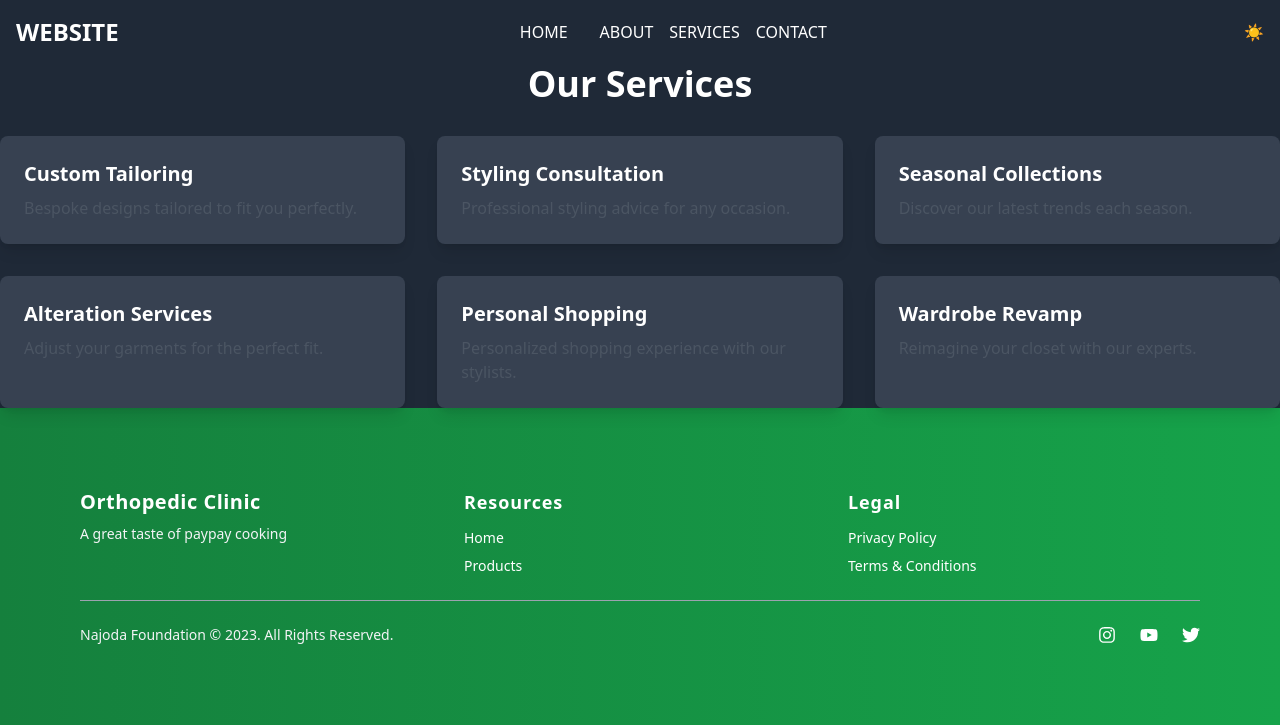
Repository: countaustin1990/file-C-Users-user-Documents-Final-20Cart
Page: /services (app in Documents/BXXXN/my-app/)
The author's editor kept a copy of each file at every save. The page is drawn from the files as they stood at one save, then again after the next save.
The browser window is 1280 px wide. The pictures show the whole page.
The project was rebuilt for these pictures with package versions that can differ from the ones it lists, and the page was loaded fresh each time. Also part of the build but not shown: Documents/BXXXN/my-app/vite.config.js, Documents/BXXXN/my-app/src/components/folder/HeroSection.test.jsx, Documents/BXXXN/my-app/src/components/horizontalscroll/style.css, Documents/BXXXN/my-app/src/components/horizontalscroll/HorizontalScroll.jsx, Documents/BXXXN/my-app/src/pages/home/Home.test.jsx, Documents/BXXXN/my-app/src/pages/contact/Contact.jsx, Documents/BXXXN/my-app/src/pages/about/About.jsx.

Above is the page before, as saved 2024-10-31 21:52:11.

### Documents/BXXXN/my-app/src/App.jsx
import { BrowserRouter as Router, Routes, Route } from 'react-router-dom';
import Navbar from './components/navbar/Navbar.pro';
import Home from './pages/home/Home.test';
import Footer from './components/footer/Footer';
import { useEffect, useState } from 'react';
import Contact from './pages/contact/Contact';
import About from './pages/about/About';
import Services from './pages/services/Services';

const App = () => {
  const [theme, setTheme] = useState('dark');

  // Toggle theme function
  const toggleTheme = () => {
    const newTheme = theme === 'light' ? 'dark' : 'light';
    setTheme(newTheme);
    localStorage.setItem('theme', newTheme);
  };

  useEffect(() => {
    const savedTheme = localStorage.getItem('theme');
    if (savedTheme) {
      setTheme(savedTheme);
    } else {
      setTheme('dark'); // Default to dark mode
    }
  }, []);

  return (
    <Router>
      <Navbar toggleTheme={toggleTheme} theme={theme} />
      <Routes>
        <Route path="/home" element={<Home theme={theme} />} /> {/* Pass theme prop to Home */}
        {/* Add more routes as needed */}
        <Route path="/about" element={<About theme={theme} />} />
        <Route path="/services" element={<Services theme={theme} />} />
        <Route path="/contact" element={<Contact theme={theme} />} />
      </Routes>
      <Footer />
    </Router>
  );
};

export default App;

### Documents/BXXXN/my-app/src/index.css
@tailwind base;
@tailwind components;
@tailwind utilities;

/* Global Styles */
.app {
  transition: background-color 0.3s ease-in-out;
}

/* Light and Dark Mode Styles */
.light-mode {
  background-color: #f0f0f0;
  color: #000;
}

.dark-mode {
  background-color: #1e1e1e;
  color: #fff;
}

/* Hero Section */
.hero {
  display: flex;
  justify-content: center;
  align-items: center;
  height: 70svh;
  text-align: center;
}

.hero-content h1 {
  font-size: 2.5rem;
  margin-bottom: 1rem;
}

.hero-content p {
  font-size: 1.2rem;
  margin-bottom: 1.5rem;
}

.cta-button {
  padding: 0.75rem 1.5rem;
  font-size: 1rem;
  background-color: rgb(22 163 74);

  color: white;
  border: none;
  cursor: pointer;
  border-radius: 5px;
}

.cta-button:hover {
  background-color: #22923c;
}

/* Toggle Switch Styles */
.switch {
  position: relative;
  display: inline-block;
  width: 60px;
  height: 34px;
  margin-top: 20px;
}

.switch input {
  opacity: 0;
  width: 0;
  height: 0;
}

.slider {
  position: absolute;
  cursor: pointer;
  top: 0;
  left: 0;
  right: 0;
  bottom: 0;
  background-color: #ccc;
  transition: 0.4s;
  border-radius: 34px;
}

.slider:before {
  position: absolute;
  content: "";
  height: 26px;
  width: 26px;
  border-radius: 50%;
  left: 4px;
  bottom: 4px;
  background-color: white;
  transition: 0.4s;
}

input:checked + .slider {
  background-color: #5494de;
}

input:checked + .slider:before {
  transform: translateX(26px);
}

/* Decoration (Additional Styling) */
.decoration {
  position: absolute;
  right: 10px;
  top: 5px;
  width: 8px;
  height: 8px;
  background-color: yellow;
  border-radius: 50%;
  box-shadow: 0 0 5px 2px yellow;
}

### Documents/BXXXN/my-app/src/components/navbar/Navbar.pro.jsx
import PropTypes from 'prop-types';
import { useState } from 'react';
import { Link } from 'react-router-dom';

const Navbar = ({ theme, toggleTheme }) => {
  const [isMenuOpen, setIsMenuOpen] = useState(false);

  const handleMenuToggle = () => {
    setIsMenuOpen(!isMenuOpen);
  };

  return (
    <nav className={`navbar ${theme === 'light' ? 'bg-white text-black' : 'bg-gray-800 text-white'} transition-colors duration-300`}>
      <div className="container mx-auto flex justify-between items-center p-4">
        {/* Website Name */}
        <h1 className="text-2xl font-bold uppercase">Website</h1>

        {/* Links for Desktop */}
        <ul className="hidden md:flex space-x-4 uppercase">
          <li><Link to="home" className="hover:underline">Home</Link></li>
          <li><Link to="about" className="hover:underline">About</Link></li>
          <li><Link to="services" className="hover:underline">Services</Link></li>
          <li><Link to="contact" className="hover:underline">Contact</Link></li>
        </ul>

        {/* Theme Toggle Button */}
        <button onClick={toggleTheme} className="ml-4 toggle-theme" aria-label={`Switch to ${theme === 'light' ? 'dark' : 'light'} mode`}>
          {theme === 'light' ? '🌙' : '☀️'}
        </button>

        {/* Mobile Menu Button */}
        <button
          onClick={handleMenuToggle}
          className="block md:hidden focus:outline-none ml-4"
          aria-label="Toggle menu"
        >
          {isMenuOpen ? '✖' : '☰'} {/* Menu icon changes when clicked */}
        </button>
      </div>

      {/* Links for Mobile */}
      {isMenuOpen && (
        <ul className={`md:hidden p-4 space-y-2 ${theme === 'light' ? 'bg-white text-black' : 'bg-gray-800 text-white'}`}>
          <li><Link to="home" className="block">Home</Link></li>
          <li><Link to="about" className="block">About</Link></li>
          <li><Link to="services" className="block">Services</Link></li>
          <li><Link to="contact" className="block">Contact</Link></li>
        </ul>
      )}
    </nav>
  );
};

Navbar.propTypes = {
  theme: PropTypes.string.isRequired,
  toggleTheme: PropTypes.func.isRequired,
};

export default Navbar;

### Documents/BXXXN/my-app/src/components/footer/Footer.jsx
import { Link } from "react-router-dom";
import { FaYoutube, FaTwitter, FaInstagram } from "react-icons/fa";



const Footer = () => {
  const scrollToTop = () => {
    window.scrollTo({
      top: 0,
      behavior: 'smooth', // Smooth scroll
    });
  };
  return (
    <footer className="bg-gradient-to-r from-green-700 to-green-600 text-white p-16">
      <div className="w-full max-w-full p-4">
        <div className="grid grid-cols-1 md:grid-cols-3 gap-8">
          <div>
            <Link to="/" className="flex items-center space-x-5"  onClick={scrollToTop}>
              {/* Add Logo if necessary */}
              <span className="text-xl font-bold capitalize tracking-wide">
                Orthopedic Clinic
              </span>
            </Link>
            <p className="mt-2 text-sm text-gray-100">
              A great taste of paypay cooking
            </p>
          </div>

          <div>
            <h2 className="mb-3 text-lg font-semibold tracking-wider">
              Resources
            </h2>
            <ul className="space-y-2 text-sm">
              <li>
                <Link to="/" className="hover:text-gray-100 transition duration-300"  onClick={scrollToTop}>Home</Link>
              </li>
              <li>
                <Link to="/products" className="hover:text-gray-100 transition duration-300"  onClick={scrollToTop}>Products</Link>
              </li>
              {/*<li>
                <Link to="/services" className="hover:text-gray-100 transition duration-300">Services</Link>
              </li>
              <li>
                <Link to="/contact" className="hover:text-gray-100 transition duration-300">Contact</Link>
              </li>
              <li>
                <Link to="/blog" className="hover:text-gray-100 transition duration-300">Blog</Link>
              </li>*/}
            </ul>
          </div>

          <div>
            <h2 className="mb-3 text-lg font-semibold tracking-wider">
              Legal
            </h2>
            <ul className="space-y-2 text-sm">
              <li>
                <Link to="/privacy-policy" className="hover:text-gray-100 transition duration-300">Privacy Policy</Link>
              </li>
              <li>
                <Link to="/terms-conditions" className="hover:text-gray-100 transition duration-300">Terms & Conditions</Link>
              </li>
            </ul>
          </div>
        </div>

        <hr className="my-6 border-gray-400" />

        <div className="flex justify-between items-center">
          <span className="text-sm text-gray-100">
            Najoda Foundation © 2023. All Rights Reserved.
          </span>
          <div className="flex space-x-6">
            <a
              href="https://instagram.com"
              className="hover:text-white transition duration-300"
              target="_blank"
              rel="noopener noreferrer"
            >
              <FaInstagram size={18} />
              <span className="sr-only">Instagram</span>
            </a>
            <a
              href="https://youtube.com"
              className="hover:text-white transition duration-300"
              target="_blank"
              rel="noopener noreferrer"
            >
              <FaYoutube size={18} />
              <span className="sr-only">YouTube</span>
            </a>
            <a
              href="https://twitter.com"
              className="hover:text-white transition duration-300"
              target="_blank"
              rel="noopener noreferrer"
            >
              <FaTwitter size={18} />
              <span className="sr-only">Twitter</span>
            </a>
          </div>
        </div>
      </div>
    </footer>
  );
};

export default Footer;

### Documents/BXXXN/my-app/src/pages/services/Services.jsx
import PropTypes from 'prop-types';

const Services = ({ theme }) => {
  const services = [
    { title: "Custom Tailoring", description: "Bespoke designs tailored to fit you perfectly." },
    { title: "Styling Consultation", description: "Professional styling advice for any occasion." },
    { title: "Seasonal Collections", description: "Discover our latest trends each season." },
    { title: "Alteration Services", description: "Adjust your garments for the perfect fit." },
    { title: "Personal Shopping", description: "Personalized shopping experience with our stylists." },
    { title: "Wardrobe Revamp", description: "Reimagine your closet with our experts." },
  ];

  return (
    <div className={`container mx-auto ${theme === 'light' ? 'bg-white text-gray-800' : 'bg-gray-800 text-white'}`}>
      <h1 className="text-4xl font-bold text-center mb-8">Our Services</h1>
      <div className="grid grid-cols-1 md:grid-cols-2 lg:grid-cols-3 gap-8">
        {services.map((service, index) => (
          <div
            key={index}
            className={`p-6 shadow-lg rounded-lg transition-transform transform hover:scale-105 ${theme === 'light' ? 'bg-white' : 'bg-gray-700'}`}
          >
            <h2 className="text-xl font-semibold mb-2">{service.title}</h2>
            <p className="text-gray-600">{service.description}</p>
          </div>
        ))}
      </div>
    </div>
  );
};

// PropTypes validation
Services.propTypes = {
  theme: PropTypes.string.isRequired,
};

export default Services;

### Documents/BXXXN/my-app/src/components/folder/style.css
/* style.css */
.app.dark-mode {
  background-color: #1a1a2e;
  color: #fff;
}

.app.light-mode {
  background-color: #f4f4f9;
  color: #333;
}

.hero-content h1 {
  font-size: 3rem;
}

.cta-button {
  padding: 0.5rem 2rem;
  background-color: #15983e;
  color: white;
  border: none;
  border-radius: 0.25rem;
  cursor: pointer;
}

.cta-button:hover {
  background-color: #157b3c;
}

/* Dark/Light Mode Toggle Styles */
.switch {
  position: relative;
  display: inline-block;
  width: 60px;
  height: 34px;
}

.switch input {
  opacity: 0;
  width: 0;
  height: 0;
}

.slider {
  position: absolute;
  top: 0;
  left: 0;
  right: 0;
  bottom: 0;
  background-color: #ccc;
  border-radius: 34px;
}

.slider:before {
  position: absolute;
  content: "";
  height: 26px;
  width: 26px;
  left: 4px;
  bottom: 4px;
  background-color: white;
  border-radius: 50%;
  transition: 0.4s;
}

input:checked + .slider {
  background-color: #2196F3;
}

input:checked + .slider:before {
  transform: translateX(26px);
}

/* Additional Styles */
.flex {
  display: flex;
}

.space-x-4 > *:not(:last-child) {
  margin-right: 1rem;
}

Loaded but not shown: Documents/BXXXN/my-app/index.html (common file); Documents/BXXXN/my-app/src/main.jsx (common file); Documents/BXXXN/my-app/tailwind.config.js (common file)

After the next save:
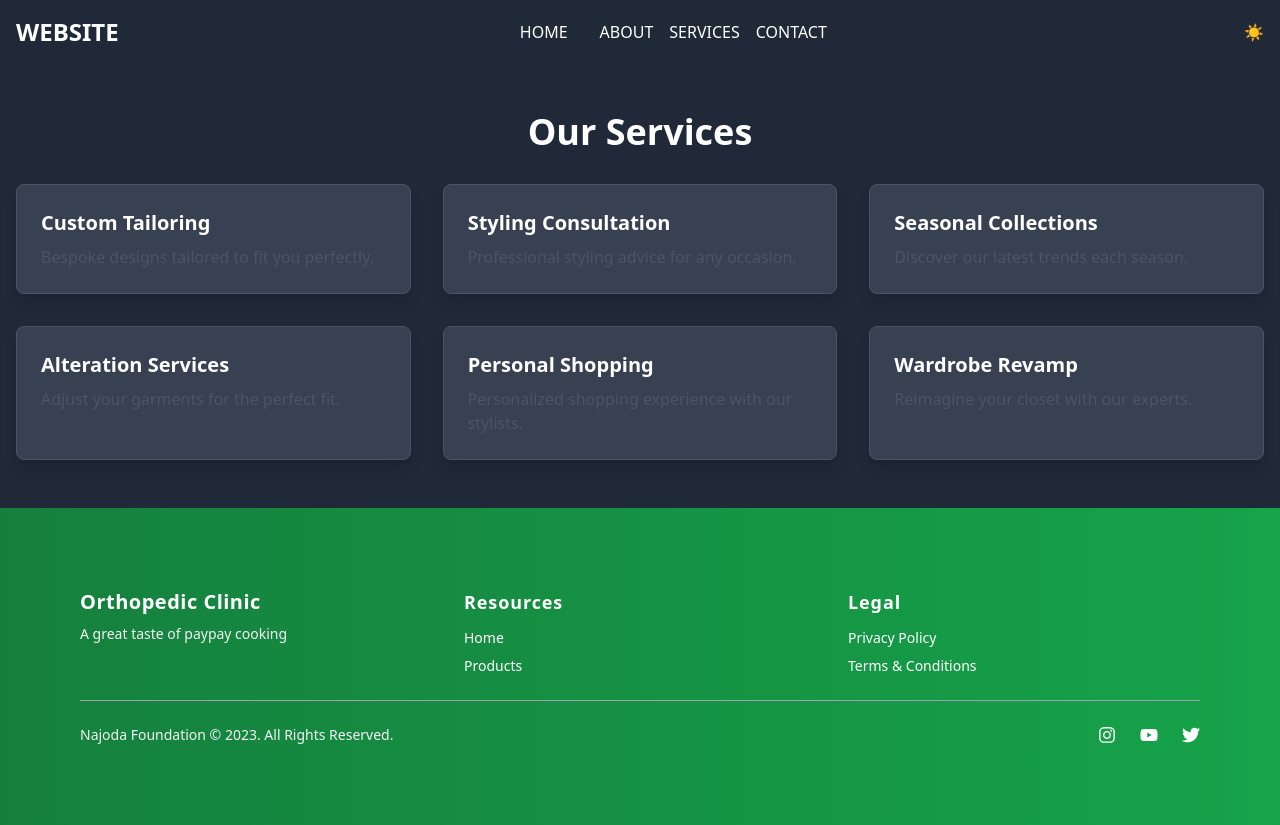
Saved 70 s later.
--- a/Documents/BXXXN/my-app/src/pages/services/Services.jsx
+++ b/Documents/BXXXN/my-app/src/pages/services/Services.jsx
@@ -1,3 +1,4 @@
+import React from 'react';
 import PropTypes from 'prop-types';
 
 const Services = ({ theme }) => {
@@ -11,13 +12,13 @@ const Services = ({ theme }) => {
   ];
 
   return (
-    <div className={`container mx-auto ${theme === 'light' ? 'bg-white text-gray-800' : 'bg-gray-800 text-white'}`}>
+    <div className={`container mx-auto py-12 px-4 ${theme === 'light' ? 'bg-white text-gray-800' : 'bg-gray-800 text-white'}`}>
       <h1 className="text-4xl font-bold text-center mb-8">Our Services</h1>
       <div className="grid grid-cols-1 md:grid-cols-2 lg:grid-cols-3 gap-8">
         {services.map((service, index) => (
           <div
             key={index}
-            className={`p-6 shadow-lg rounded-lg transition-transform transform hover:scale-105 ${theme === 'light' ? 'bg-white' : 'bg-gray-700'}`}
+            className={`p-6 shadow-lg rounded-lg transition-transform transform hover:scale-105 ${theme === 'light' ? 'bg-white border border-gray-300' : 'bg-gray-700 border border-gray-600'}`}
           >
             <h2 className="text-xl font-semibold mb-2">{service.title}</h2>
             <p className="text-gray-600">{service.description}</p>
